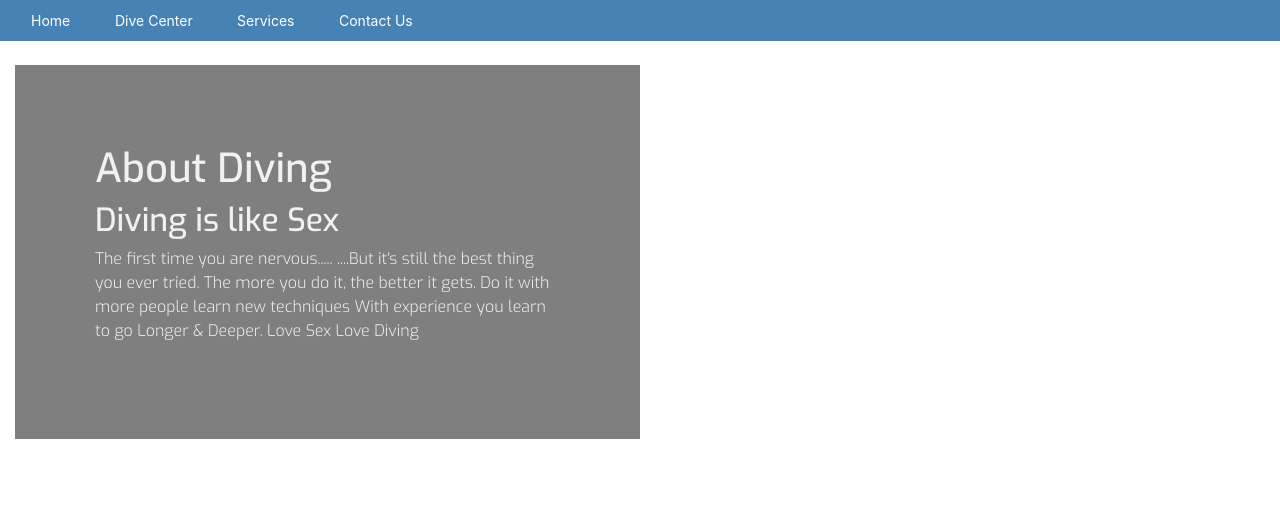
Repository: Code-Institute-Submissions/cathyann-diving.github.io
Page: home.html
The author's editor kept a record of every edit. The page is drawn from the files as they stood at one moment, then again after the next edit.
The browser window is 1280 px wide. The pictures show the whole page.

Above is the page before.

After the next edit:
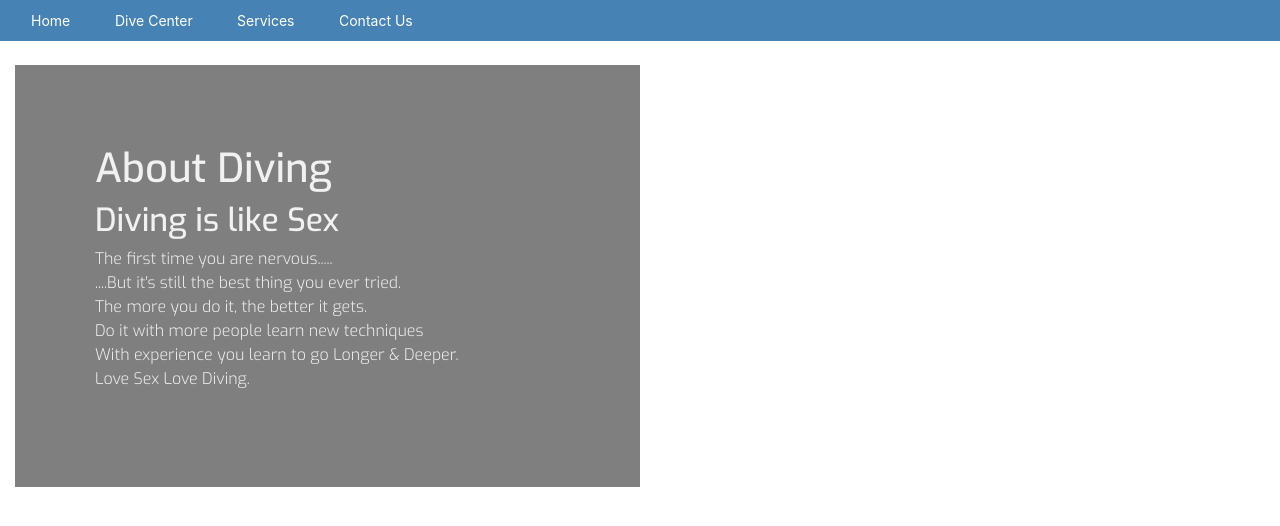
The edit:
--- a/home.html
+++ b/home.html
@@ -36,12 +36,12 @@
         <div class="content">
         <h1>About Diving</h1>
         <h2>Diving is like Sex</h2>
-        <p>The first time you are nervous.....
-        ....But it's still the best thing you ever tried.
-        The more you do it, the better it gets.
-        Do it with more people learn new techniques
-        With experience you learn to go Longer & Deeper.
-            <span>Love Sex Love Diving</span>
+        <p>The first time you are nervous.....<br>
+        ....But it's still the best thing you ever tried.<br>
+        The more you do it, the better it gets.<br>
+        Do it with more people learn new techniques<br>
+        With experience you learn to go Longer & Deeper.<br>
+        Love Sex Love Diving.
         </p>
         </div>
     </div>
